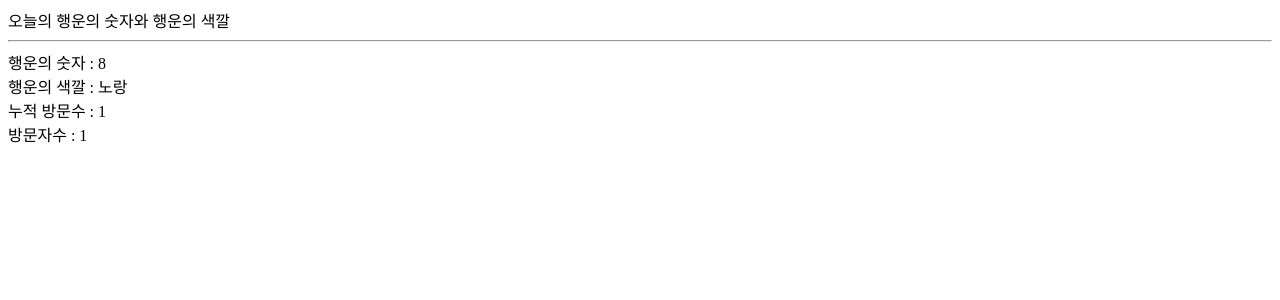
Repository: developedbyssony/JSP
Page: http://localhost/JSPbasic/jsptag/tag_quiz.jsp
An editor plug-in stored every save of this project. The page is shown before and after the next save, followed by the edit.
The browser window is 1280 px wide. The pictures show the whole page.
The page is served by Tomcat 9.

Above is the page before, as saved 2022-03-23 09:32:36.

After the next save:
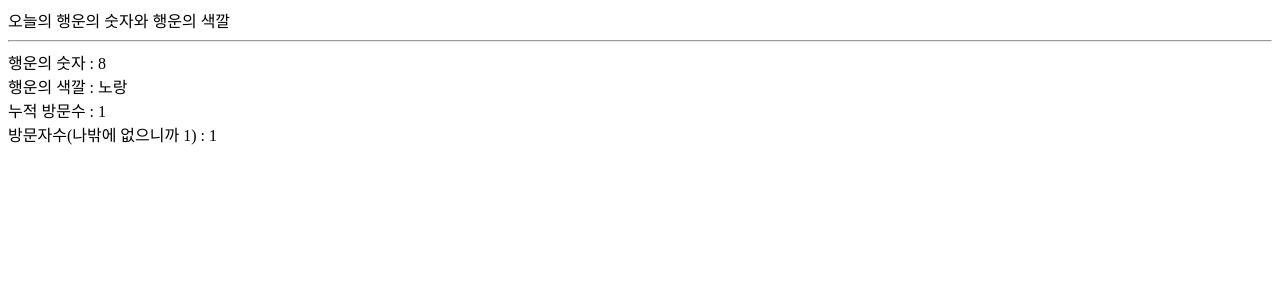
Saved 89 s later.
--- a/JSPbasic/src/main/webapp/jsptag/tag_quiz.jsp
+++ b/JSPbasic/src/main/webapp/jsptag/tag_quiz.jsp
@@ -48,6 +48,6 @@
 	행운의 숫자 : 	<%=  randomNumber()	%> <br />
 	행운의 색깔 : <%=  randomColor()	%>	<br />
 	누적 방문수 : <%= total %> <br />
-	방문자수 : <%= each %>
+	방문자수(나밖에 없으니까 1) : <%= each %>
 </body>
 </html>
